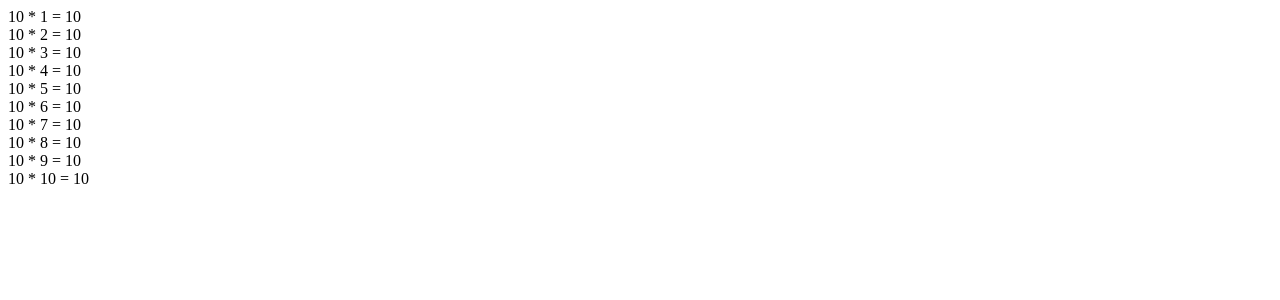
Repository: Fablilsonoliver/logica1
Page: index.html
An editor plug-in stored every save of this project. The page is shown before and after the next save, followed by the edit.
The browser window is 1280 px wide. The pictures show the whole page.

Above is the page before, as saved 2025-04-29 11:22:01.

After the next save:
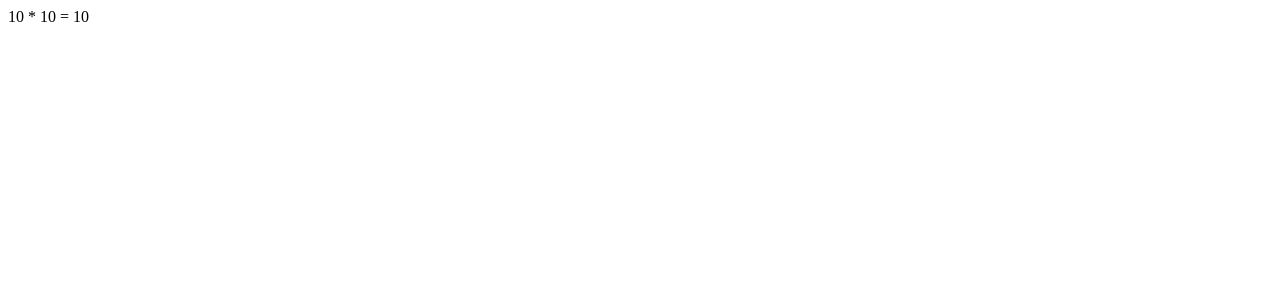
Saved 2 min 4 s later.
--- a/app.js
+++ b/app.js
@@ -36,7 +36,7 @@
     let resultado = numero * i;
 
     while (i <= 10) {
-        lista += `${numero} * ${i} = ${resultado}<br>`;
+        lista = `${numero} * ${i} = ${resultado}<br>`;
         i++;
     }
 

After the save that followed:
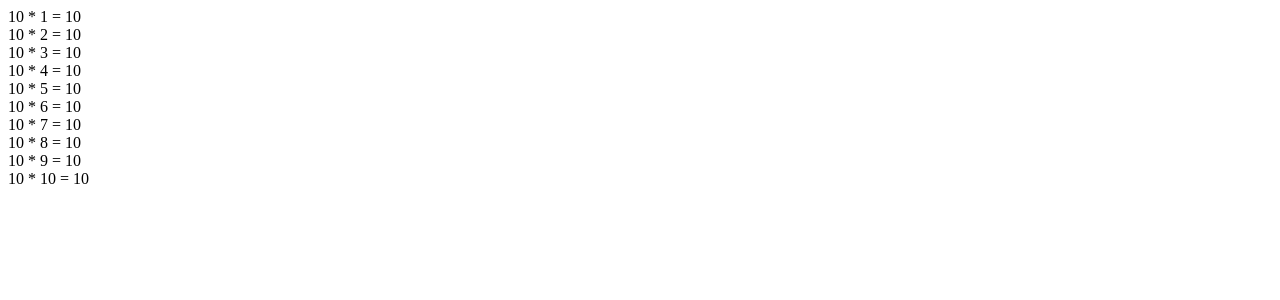
Saved 64 s later.
--- a/app.js
+++ b/app.js
@@ -36,7 +36,7 @@
     let resultado = numero * i;
 
     while (i <= 10) {
-        lista = `${numero} * ${i} = ${resultado}<br>`;
+        lista += `${numero} * ${i} = ${resultado}<br>`;
         i++;
     }
 
